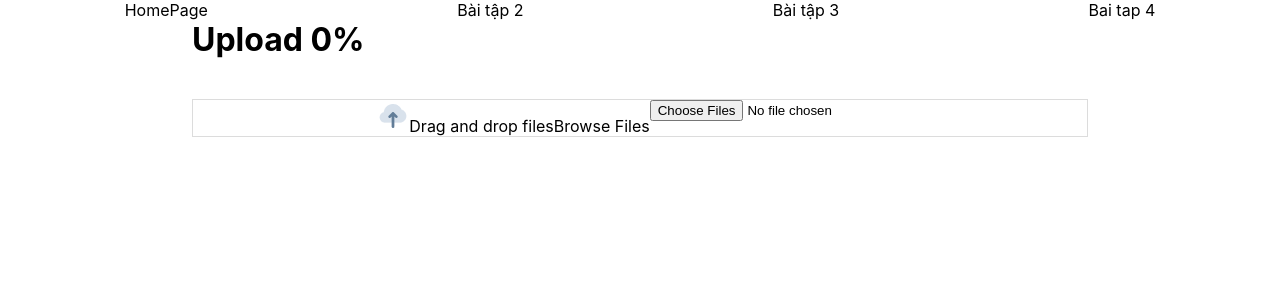
Repository: tungdau93/Training-ReactJS
Page: /bai-tap-3
The author's editor kept a copy of each file at every save. The page is drawn from the files as they stood at one save, then again after the next save.
The browser window is 1280 px wide. The pictures show the whole page.
The project was rebuilt for these pictures with package versions that can differ from the ones it lists, and the page was loaded fresh each time. Also part of the build but not shown: src/App.css, src/hooks/useClickOutside.js, src/Assignments/BaiTap2.jsx, src/Assignments/HomePage.jsx.

Above is the page before, as saved 2022-10-03 10:37:54.

After the next save:
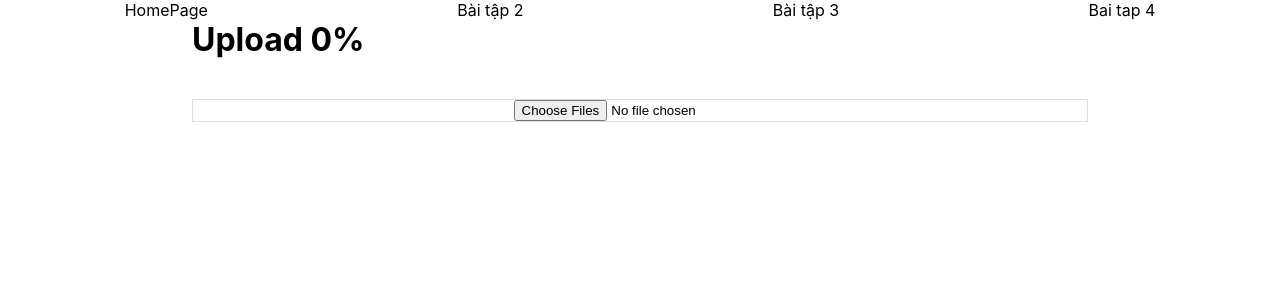
Saved 17 s later.
--- a/src/Assignments/BaiTap3.jsx
+++ b/src/Assignments/BaiTap3.jsx
@@ -104,11 +104,11 @@ const BaiTap3 = () => {
       /> */}
 
       <div className="drag-drop-files">
-        <div className="drag-drop">
+        {/* <div className="drag-drop">
           <img alt="" src={require("../assets/images/upload-icon.png")} />
           <span>Drag and drop files</span>
           <span>Browse Files</span>
-        </div>
+        </div> */}
 
         <input
           id="name"
